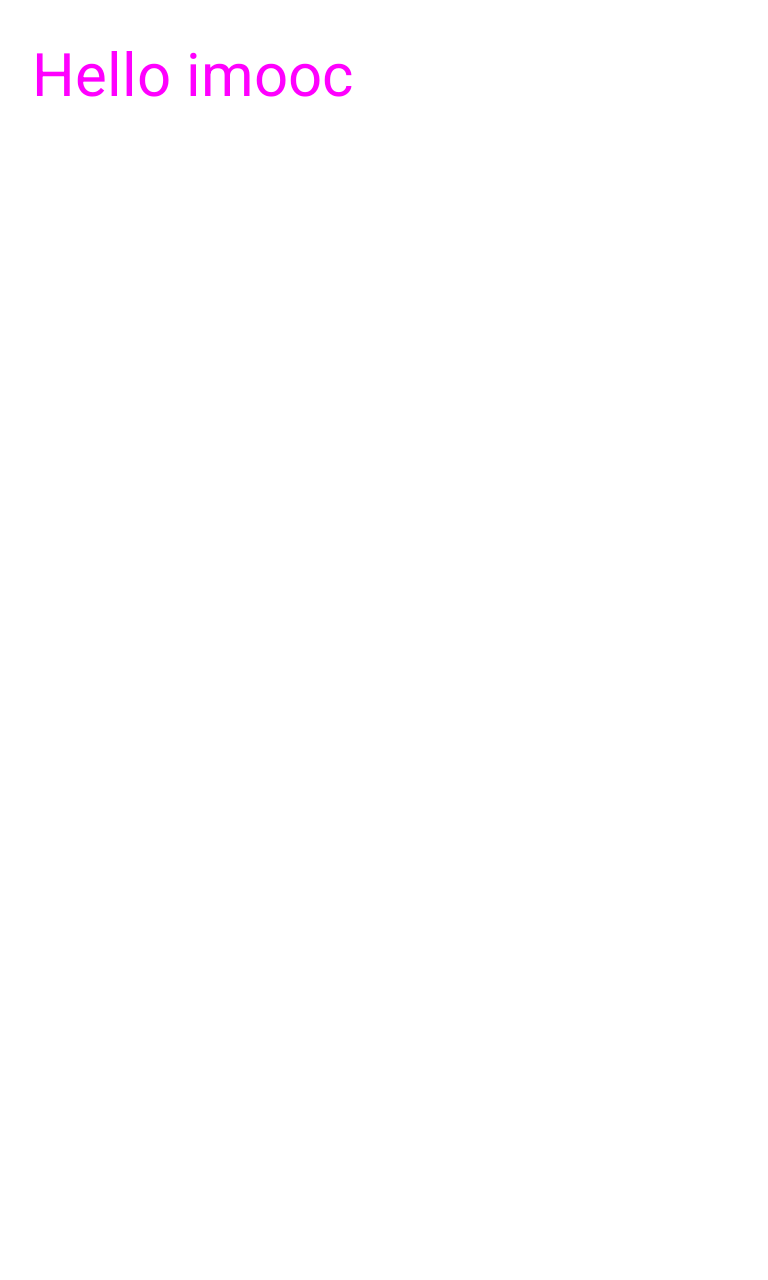
Repository: ling-cen/demo
Layout: Activity02/res/layout/activity_main.xml
The author's editor kept a copy of each file at every save. The layout is drawn from the files as they stood at one save, then again after the next save.
It is drawn on a 768 x 1280 px phone screen (xhdpi) without system bars, with theme AppTheme; the app's code is not run.

Above is the layout before, as saved 2018-12-11 14:16:54.

### Activity02/res/layout/activity_main.xml
<RelativeLayout xmlns:android="http://schemas.android.com/apk/res/android"
    xmlns:tools="http://schemas.android.com/tools"
    android:layout_width="match_parent"
    android:layout_height="match_parent"
    android:paddingBottom="@dimen/activity_vertical_margin"
    android:paddingLeft="@dimen/activity_horizontal_margin"
    android:paddingRight="@dimen/activity_horizontal_margin"
    android:paddingTop="@dimen/activity_vertical_margin"
    tools:context="com.imooc.activity02.MainActivity" >


    <TextView
        android:layout_width="wrap_content"
        android:layout_height="wrap_content"
        android:text="@string/hello_imooc"
        android:textColor="#FF00FF"
        android:textSize="60px" />
</RelativeLayout>

### Activity02/res/values/strings.xml
<?xml version="1.0" encoding="utf-8"?>
<resources>

    <string name="app_name">Activity02</string>
    <string name="hello_imooc">Hello imooc</string>
    <string name="action_settings">Settings</string>

</resources>

Loaded but not shown: Activity02/res/values/styles.xml (common file); Activity02/res/values-v11/styles.xml (common file); Activity02/res/values-v14/styles.xml (common file); Activity02/res/values/dimens.xml (common file); Activity02/res/values-w820dp/dimens.xml (common file)

After the next save:
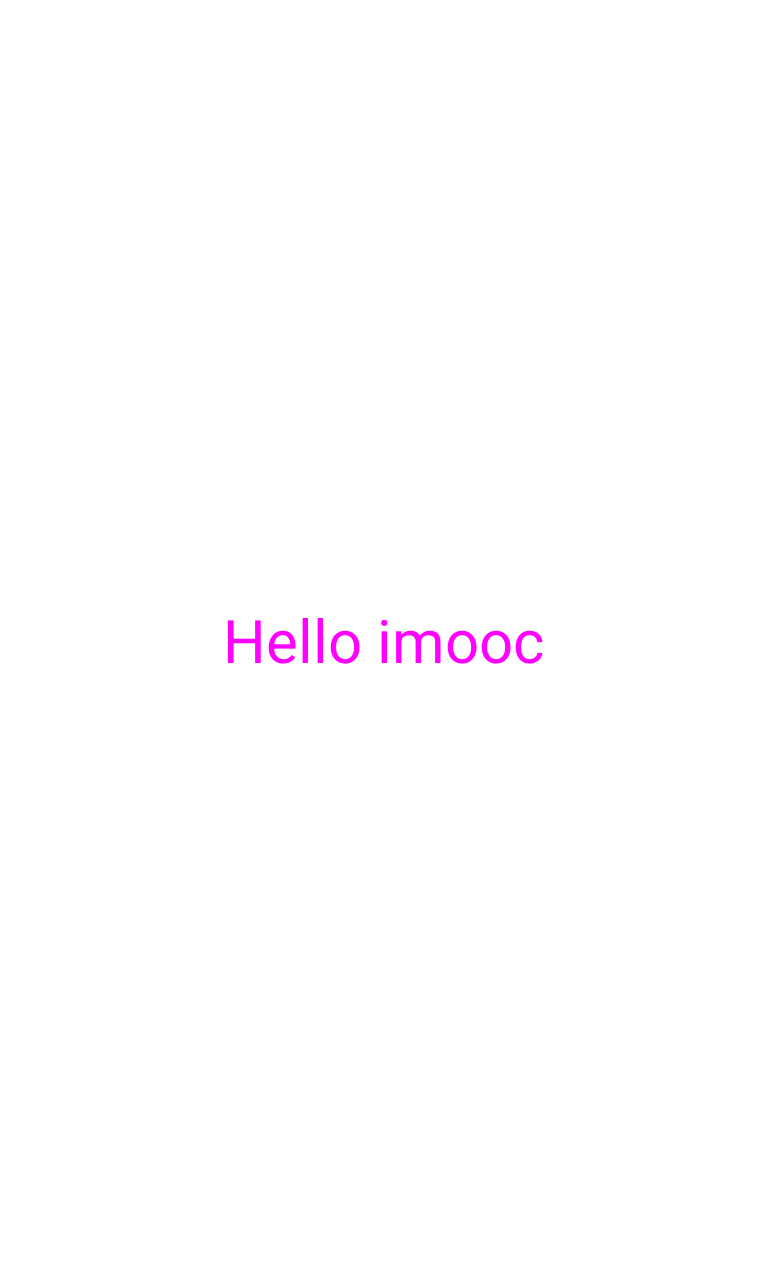
Saved 13 min 0 s later.
--- a/Activity02/res/layout/activity_main.xml
+++ b/Activity02/res/layout/activity_main.xml
@@ -14,5 +14,6 @@
         android:layout_height="wrap_content"
         android:text="@string/hello_imooc"
         android:textColor="#FF00FF"
+        android:layout_centerInParent="true"
         android:textSize="60px" />
 </RelativeLayout>
